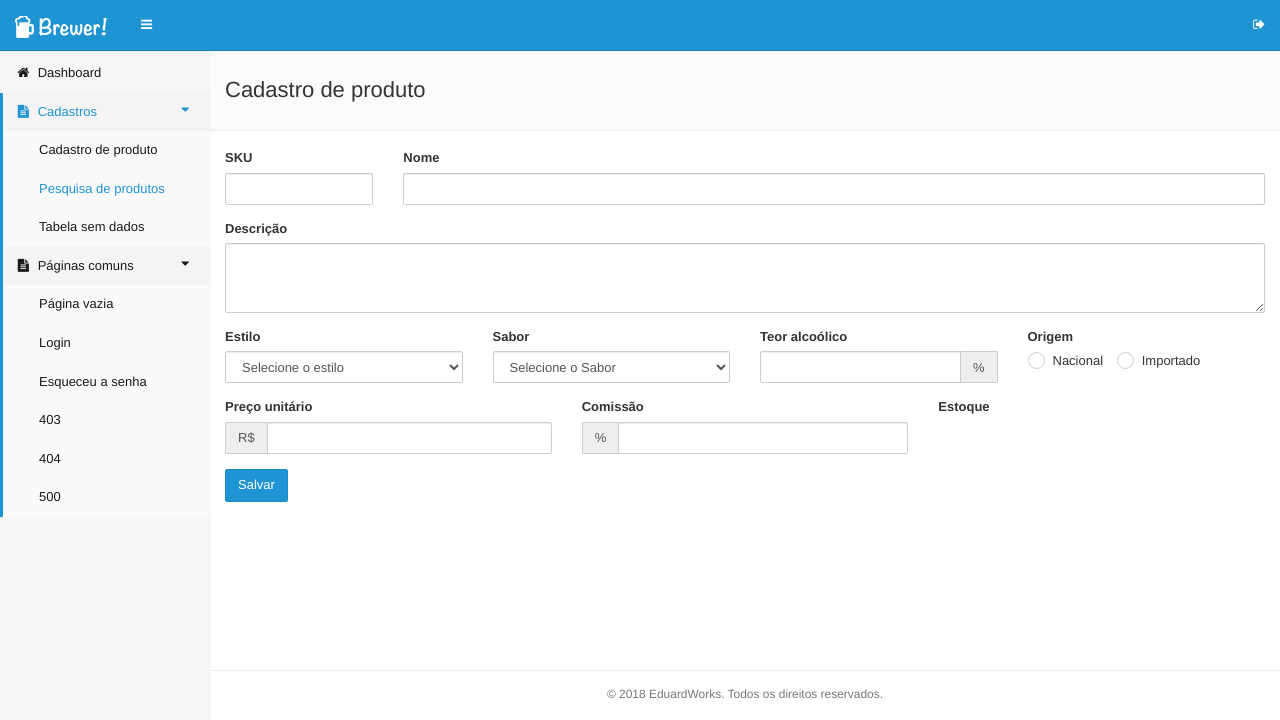
Repository: dumuller/spring-expert
Page: http://localhost/cerveja/CadastroCerveja
These files come from the project's save history. The page is drawn as it stood at one moment and after the next save; the edit follows.
The browser window is 1280 px wide. The pictures show the whole page.
The page is this project's Thymeleaf template; nobody is signed in. The template is opened directly, without the code that normally fills it, so the values that code supplies are empty.

Above is the page before, as saved 2018-12-10 16:57:27.

After the next save:
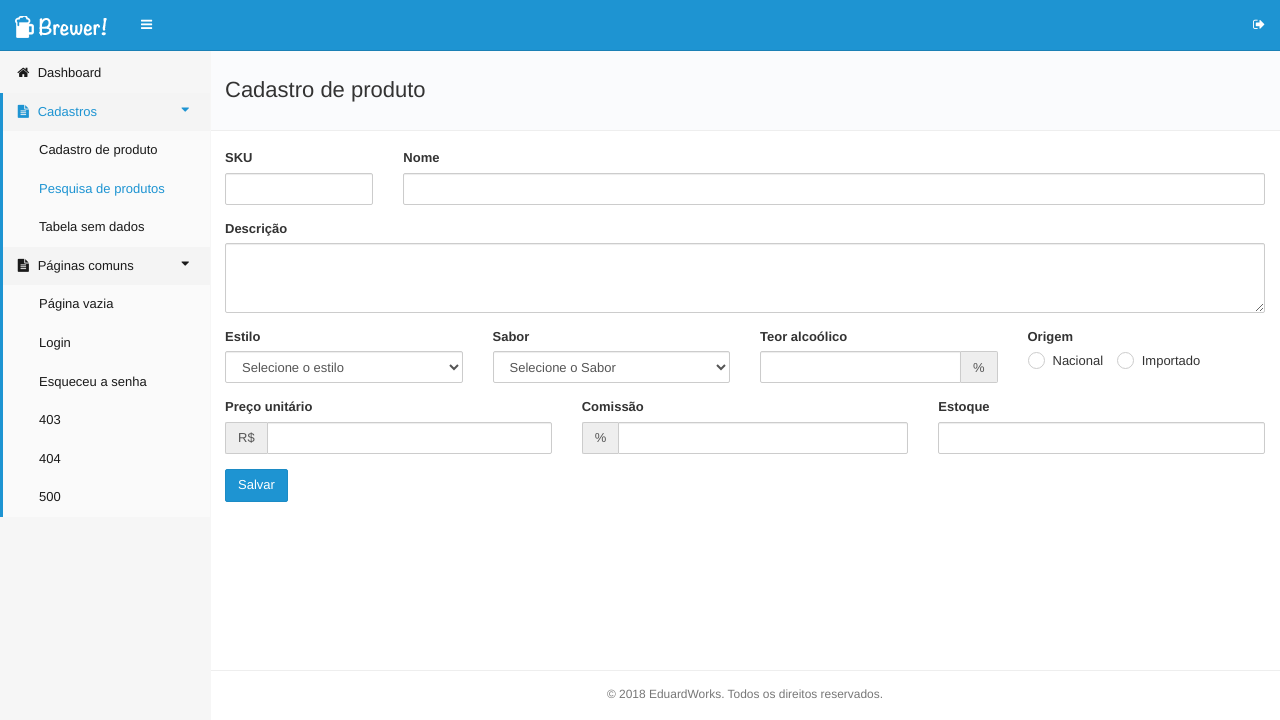
Saved 16 s later.
--- a/brewer/src/main/resources/templates/cerveja/CadastroCerveja.html
+++ b/brewer/src/main/resources/templates/cerveja/CadastroCerveja.html
@@ -203,6 +203,7 @@
 					<div class="col-sm-4">
 						<div class="form-group">
 							<label for="estoque">Estoque</label>
+							<input id="estoque" type="text" class="form-control"/>
 						</div>
 					</div>
 				</div>
